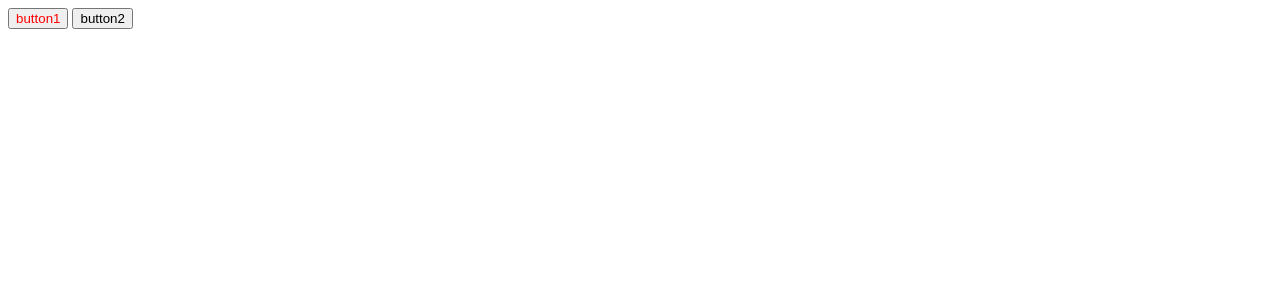
Repository: donggunjang/KOSTA_FE
Page: day0703/src/main/webapp/ex01.html
These files come from the project's save history. The page is drawn as it stood at one moment and after the next save; the edit follows.
The browser window is 1280 px wide. The pictures show the whole page.

Above is the page before, as saved 2024-07-03 02:04:41.

### day0703/src/main/webapp/ex01.html
<!DOCTYPE html>
<html>
<head>
<meta charset="EUC-KR">
<title>Insert title here</title>
<style type="text/css">
	#btn1, btn2{
		color: red;
	}

</style>
<script type="text/javascript">

</script>
</head>
<body>
	<input id="btn1" type = "button" value="button1">
	<input id="btn2" type = "button" value="button2">

</body>
</html>

After the next save:
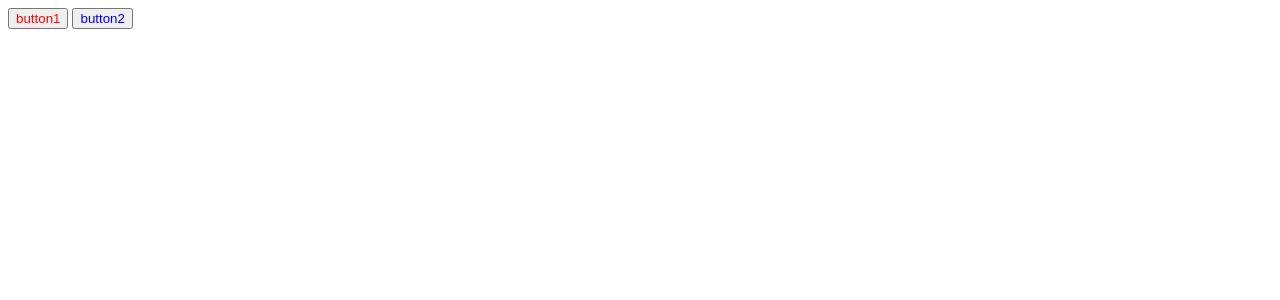
Saved 44 s later.
--- a/day0703/src/main/webapp/ex01.html
+++ b/day0703/src/main/webapp/ex01.html
@@ -4,18 +4,22 @@
 <meta charset="EUC-KR">
 <title>Insert title here</title>
 <style type="text/css">
-	#btn1, btn2{
+	#btn1{
 		color: red;
+	}
+	#btn2{
+		color: blue;
 	}
 
 </style>
 <script type="text/javascript">
+	function pro(){
 
+	}
 </script>
 </head>
 <body>
 	<input id="btn1" type = "button" value="button1">
 	<input id="btn2" type = "button" value="button2">
-
 </body>
 </html>
